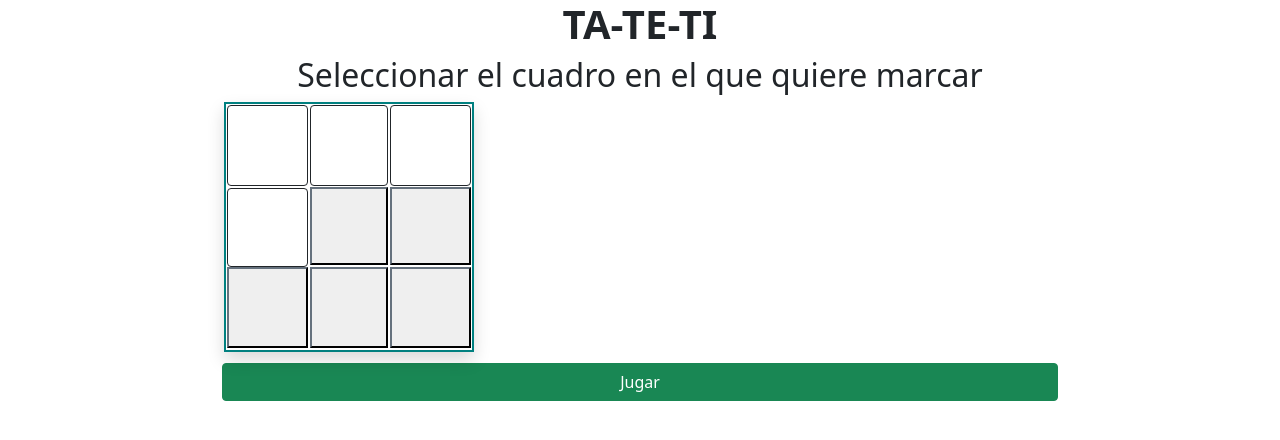
Repository: Lean97-start/TATETI
Page: Tateti.html
These files come from the project's save history. The page is drawn as it stood at one moment and after a run of saves; the edit follows.
The browser window is 1280 px wide. The pictures show the whole page.

Above is the page before, as saved 2021-07-11 23:08:34.
Console error: SyntaxError: Unexpected token ')'

### Tateti.html
<!DOCTYPE html>
<html lang="en">
<head>
    <meta charset="UTF-8">
    <link rel="stylesheet" type="text/css" href="Tateti.css">
    <link rel="stylesheet" href="Tateti.js">
    <link rel="stylesheet" type="text/css" href="https://necolas.github.io/normalize.css/8.0.1/normalize.css">
    <title>TATETI</title>
    <link href="https://cdn.jsdelivr.net/npm/bootstrap@5.0.2/dist/css/bootstrap.min.css" rel="stylesheet" integrity="sha384-EVSTQN3/azprG1Anm3QDgpJLIm9Nao0Yz1ztcQTwFspd3yD65VohhpuuCOmLASjC" crossorigin="anonymous">
</head>
<body>
    <div class="container">
        <H1 class="fw-bold">TA-TE-TI</H1>
        <H2 class="fw-normal">Seleccionar el cuadro en el que quiere marcar</H2>

            <div class="row w-50 h-50 bg-white">
                <table class="shadow " id="cuadro">
                    <tr>
                        <td><button class="btn border-dark w-100 h-100 " id="11"></button></td>
                        <td><button class="btn border-dark w-100 h-100" id="21"></button></td>
                        <td><button class="btn border-dark w-100 h-100" id="31"></button></td>
                    </tr>
                    <tr>
                        <td><button class="btn border-dark w-100 h-100" id="12"></button></td>
                        <td><button class="border-dark w-100 h-100" id="22"></button></td>
                        <td><button class="border-dark w-100 h-100" id="32"></button></td>
                    </tr>
                    <tr>
                        <td><button class="border-dark w-100 h-100" id="13"></button></td>
                        <td><button class="border-dark w-100 h-100" id="23"></button></td>
                        <td><button class="border-dark w-100 h-100" id="33"></button></td>
                    </tr>
                </table>
            </div>
            <div class="row">
                <div class="btn ">
                    <button type="button" class="btn btn-success my-1 w-75" id="btn-jugar">Jugar</button>
                </div>
            </div>

        </div>
    <script src="Tateti.js"></script>
    <script src="https://cdn.jsdelivr.net/npm/bootstrap@5.0.2/dist/js/bootstrap.bundle.min.js" integrity="sha384-MrcW6ZMFYlzcLA8Nl+NtUVF0sA7MsXsP1UyJoMp4YLEuNSfAP+JcXn/tWtIaxVXM" crossorigin="anonymous"></script>
</body>
</html>

### Tateti.css
h1{
    font-size: 55px;
    text-align: center;
}
h2{
    font-size: 30px;
    text-align: center;
}
#cuadro{
    border: 2px teal solid;
    background: white;
    position: relative;
    height: 250px;
    width: 250px;
    margin: auto;

}
.entradas{
    text-align: center;
    font-family: Arial, Helvetica, sans-serif;
    font-size: 60px;
    height: 80px;
    width: 80px;
    box-sizing: border-box;

}

### Tateti.js
let var1, var2, var3,var4, var5,var6 = undefined
function mostrar(){
    let prueba = document.getElementById('v1');
    alert(prueba);
}
function jugarTurno (){
    if(){

    }
    else if (var1 != undefined || var2 != undefined || var3 != undefined ||var4 != undefined ||var5 != undefined || var6 != undefined ){

    }


}

After the next 5 saves:
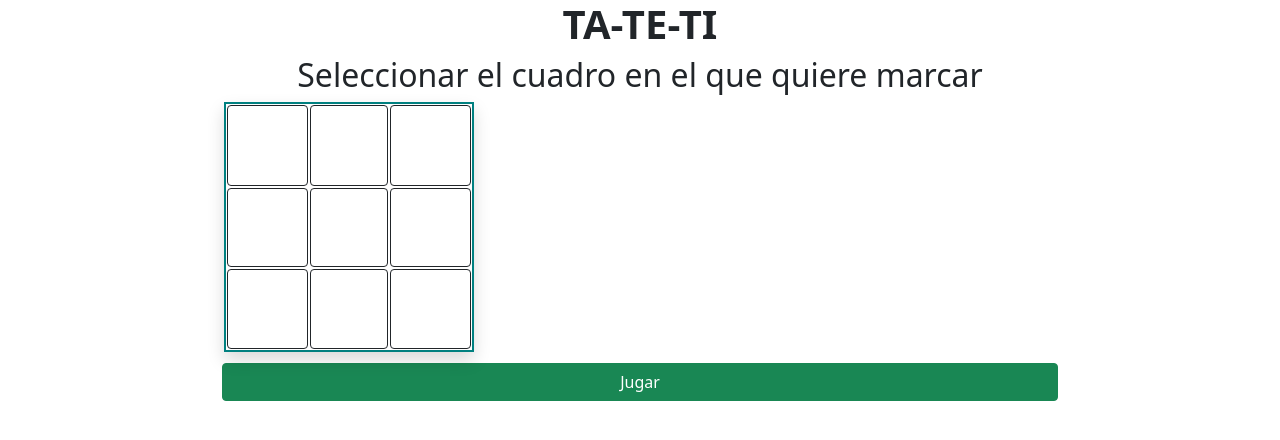
The 5 saves are shown as one change because they came seconds apart.
The last was saved 14 s later.
--- a/Tateti.html
+++ b/Tateti.html
@@ -22,13 +22,13 @@
                     </tr>
                     <tr>
                         <td><button class="btn border-dark w-100 h-100" id="12"></button></td>
-                        <td><button class="border-dark w-100 h-100" id="22"></button></td>
-                        <td><button class="border-dark w-100 h-100" id="32"></button></td>
+                        <td><button class="btn border-dark w-100 h-100" id="22"></button></td>
+                        <td><button class="btn border-dark w-100 h-100" id="32"></button></td>
                     </tr>
                     <tr>
-                        <td><button class="border-dark w-100 h-100" id="13"></button></td>
-                        <td><button class="border-dark w-100 h-100" id="23"></button></td>
-                        <td><button class="border-dark w-100 h-100" id="33"></button></td>
+                        <td><button class="btn border-dark w-100 h-100" id="13"></button></td>
+                        <td><button class="btn border-dark w-100 h-100" id="23"></button></td>
+                        <td><button class="btn border-dark w-100 h-100" id="33"></button></td>
                     </tr>
                 </table>
             </div>
